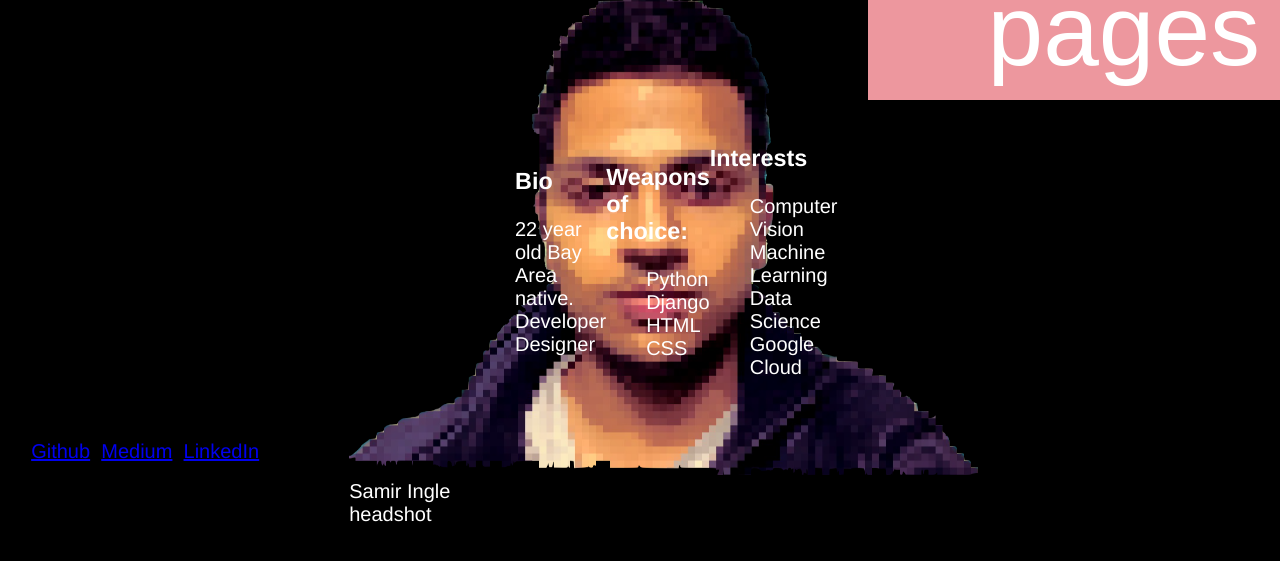
Repository: SamirIngley/html-semantic
Page: templates/about.html
The author's editor kept a copy of each file at every save. The page is drawn from the files as they stood at one save, then again after the next save.
The browser window is 1280 px wide. The pictures show the whole page.

Above is the page before, as saved 2020-02-05 22:06:31.

After the next save:
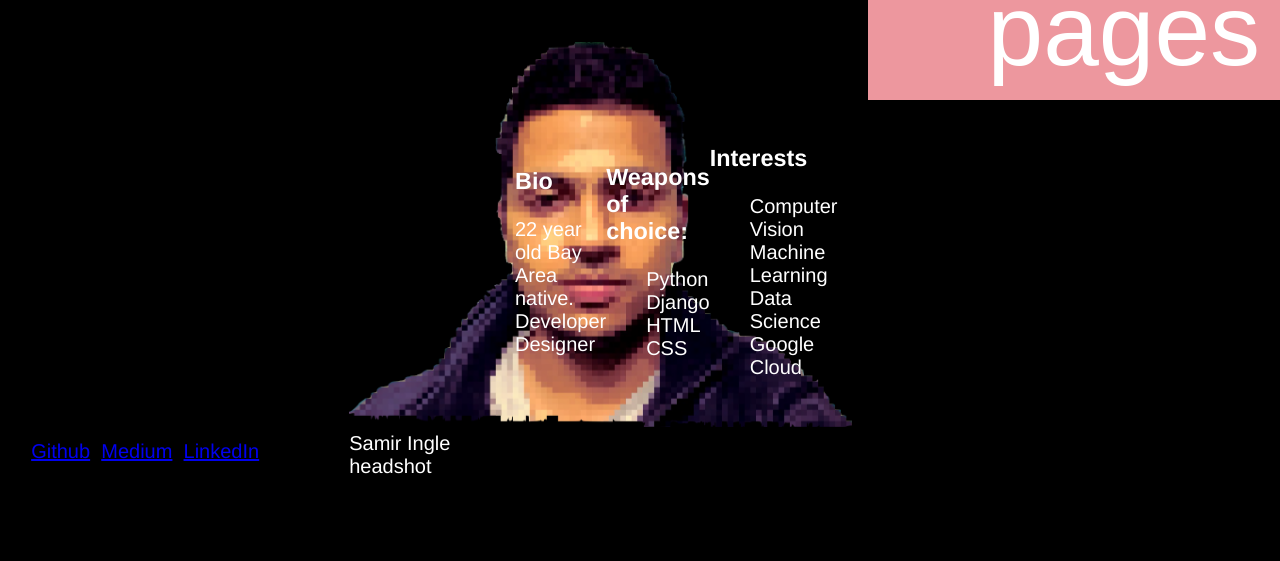
Saved 13 s later.
--- a/templates/about.html
+++ b/templates/about.html
@@ -23,7 +23,7 @@
     <div class ="main-content">
     <!-- <center> -->
     <figure>
-            <img src="static/images/8-bit.png" alt="samir-profile-pic" style="width:500%;">
+            <img src="static/images/8-bit.png" alt="samir-profile-pic" style="width:400%;">
             <figcaption>Samir Ingle headshot</figcaption>
         </figure>
 

After the save that followed:
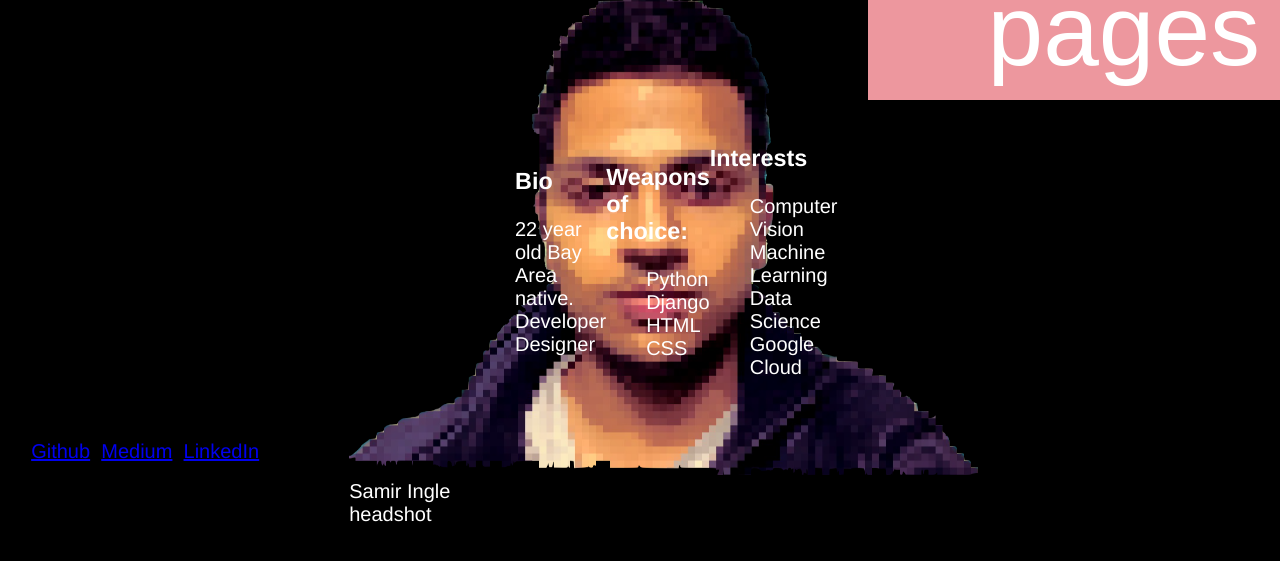
Saved 11 s later.
--- a/templates/about.html
+++ b/templates/about.html
@@ -23,7 +23,7 @@
     <div class ="main-content">
     <!-- <center> -->
     <figure>
-            <img src="static/images/8-bit.png" alt="samir-profile-pic" style="width:400%;">
+            <img src="static/images/8-bit.png" alt="samir-profile-pic" style="width:500%;">
             <figcaption>Samir Ingle headshot</figcaption>
         </figure>
 
